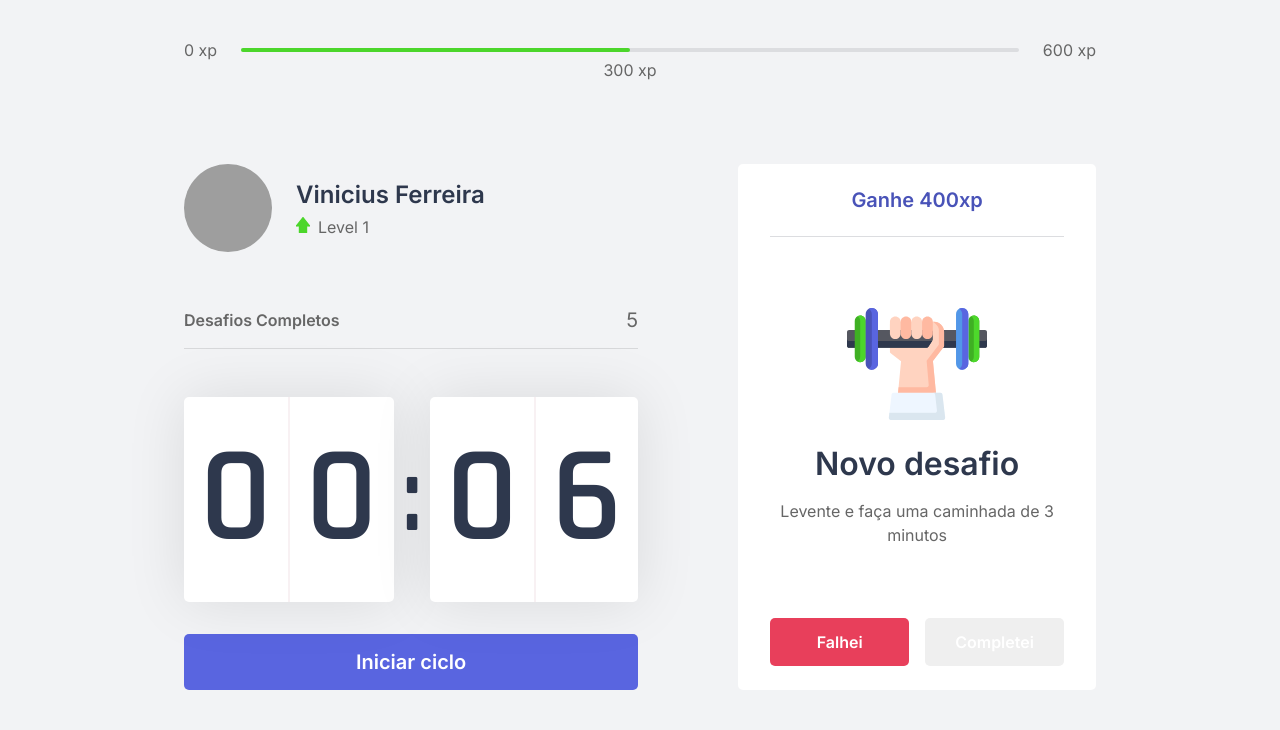
Repository: viniciusfg05/nlwFocus
Page: /
An editor plug-in stored every save of this project. The page is shown before and after the next save, followed by the edit.
The browser window is 1280 px wide. The pictures show the whole page.
Pictures or frames that could not be fetched are drawn as grey boxes. The project was rebuilt for these pictures with package versions that can differ from the ones it lists, and the page was loaded fresh each time. The framework's server and built-in components were replaced by stand-ins that run in the browser.

Above is the page before, as saved 2022-02-28 14:06:33.

### src/pages/_app.tsx
import '../styles/global.css'

import { AppProps } from 'next/app'

function MyApp({ Component, pageProps }: AppProps) {
  return <Component {...pageProps} />
}

export default MyApp

### src/pages/_document.tsx
import Document, { Html, Head, Main, NextScript} from 'next/document'

export default class Mydocument extends Document {
    render() {
        return(
            <Html>
                <Head>
                    <link rel='shortcut icon' href='favicon.png' type='image/png' />

                    <link rel="preconnect" href="https://fonts.gstatic.com" />
                    <link href="https://fonts.googleapis.com/css2?family=Inter:wght@400;500;600&family=Rajdhani:wght@600&display=swap" rel="stylesheet" />
                </Head>
                <body>
                    <Main />
                    <NextScript />
                </body>
            </Html>
        )
    }
}

### src/pages/index.tsx
import { CompleteChallenges } from "../components/CompleteChallenges";
import { CountDown } from "../components/CountDown";
import { ExperienceBar } from "../components/ExperinceBar";
import { Profile } from "../components/Profile";
import { ChallegesBox } from "../components/ChallegesBox";

import styles from "../styles/pages/Home.module.css"

import Head from 'next/head'

export default function Home() {
  return (
    <div className={styles.container}>
      <Head>
        <title>Inicio | Focus</title>
      </Head>

      <ExperienceBar />

      <section>
        <div>
          <Profile />
          <CompleteChallenges />
          <CountDown />
        </div>
        <div>
          <ChallegesBox />
        </div>
      </section>

    </div>
  )
}

### src/styles/global.css
*{
    margin: 0;
    padding: 0;
    box-sizing: border-box;
}

:root{
    --white: #fff;
    --background: #f2f3f5;
    --gray-line: #DCDDE0;
    --text: #666666;
    --text-highligth: #B3B9FF;
    --title: #2E384D;
    --red: #E83F5B;
    --green: #4CD62B;
    --blue: #5965E0;
    --blue-dark: #4953B8;
    --blue-twitter: #2AA9E0;
}

@media(max-white: 1080px) {
    html{
        font-size: 93.75%;
    }
}

@media(max-white: 750px) {
    html{
        font-size: 87.5%;
    }
}

body{
    background-color: var(--background);
    color: var(--text);

}

body, input, textarea, button {
    font: 400 1rem 'inter', sans-serif;
}

button{
    cursor: pointer;
}

a{
    color: inherit; /* para erdar a color do container */
    text-decoration: none;
}

### src/components/CompleteChallenges.tsx
import styles from '../styles/components/CompleteChallenges.module.css'


export function CompleteChallenges() {
    return(
        <div className={styles.CompleteChallenges}>
            <strong>Desafios Completos</strong>
            <span>5</span>
        </div>
    )
}

### src/components/CountDown.tsx
import { useState, useEffect } from 'react'
import styles from '../styles/components/CountDown.module.css'

let countDownTimeOut: NodeJS.Timeout; //para cancelar o timeOut


export function CountDown() {
    const [ time, setTime ] = useState(0.1 * 60)
    const [ isActive, setIsActive ] = useState(false)// para iniciar com desabilitado o conometro
    const [ timeFineshed, setTimeFineshed] = useState(false)

    const minutos = Math.floor(time / 60);
    const segundos = (time % 60); // '%' resto da divisão

    const [minuteLefts, minuteRight] = String(minutos).padStart(2, '0').split('')
    const [ segundosLefts, segundosRights ] = String(segundos).padStart(2, '0').split('')

    // padStart(2 '0') = para os numero a baixo de 10 ele vai add um '0' no inicio, ex. '05'
    // split('') = ele vai pera a string por exemplo '25' e repartir em dois '2' e '5'. split devolve um array com primeiro e segundo caractere

    function startCoutDown() {
        setIsActive(true);
    }

    function CancelCoutDown() {
        clearTimeout(countDownTimeOut)
        setIsActive(false);
        setTime((0.1 * 60))
    }

    useEffect(() => {
        if (isActive && time > 0) {
            countDownTimeOut = setTimeout(() => {setTime(time - 1);}, 1000)
        } else if (isActive && time === 0) {
            setTimeFineshed(true)
            setIsActive(false);

        }
    }, [isActive, time]);

    // setTimeout(() => {setTime(time - 1);}, 1000) = setTimeout = depois de 1000ms execute uma função; setTime recebe o valor de time -1.ou seja ele mudar para -1 a cada 1s e se add o time no useEffect sempre que o time mudar ele tira mais 1 segundo
    return(
        <div>
            <div className={styles.CountDownContainer}>
            <div>
                <span>{minuteLefts}</span>
                <span>{minuteRight}</span>
            </div>
            <span>:</span>
            <div>
                <span>{segundosLefts}</span>
                <span>{segundosRights}</span>
            </div>
        </div>

        {timeFineshed ? (
            <button
            disabled
            className={`${styles.CountdownButton} ${styles.CountdownButtonFinished}`}
            >
                Cliclo encerrado
            </button>
        ) : (
            <>
                { isActive ? (
                    <button
                    type="button"
                    className={`${styles.CountdownButton} ${styles.CountdownButtonActive} `}
                    onClick={CancelCoutDown}
                    >
                        Abondonar ciclo
                    </button>
                ) : (
                    <button
                        type="button"
                        className={styles.CountdownButton}
                        onClick={startCoutDown}
                     >
                        Iniciar ciclo
                    </button>
                )}
            </>
        )}






        </div>
    )
}

### src/components/ExperinceBar.tsx
import styles from '../styles/components/ExperienceBar.module.css'

export function ExperienceBar() {
    return(
        <header className={styles.experienceBar}>
            <span>0 xp</span>
                <div>
                    <div style={{ width: '50%',}}/>

                    <span className={styles.currentExperience} style={{ left: '50%'}}>300 xp</span>
                </div>
            <span>600 xp</span>
        </header>
    )
}

### src/components/Profile.tsx
import styles from '../styles/components/Profile.module.css'


export function Profile() {
    return(
        <div className={styles.profileContainer} >
            <img src="https://avatars.githubusercontent.com/u/68232658?s=400&u=003f61fe1fe4474daf9c3f5226d596c5f99dd759&v=4" alt="Vinicius Ferreira" />
            <div>
                <strong>Vinicius Ferreira</strong>
                <p>
                    <img src="icons/level.svg" alt="Level" />
                    Level 1
                </p>
            </div>
        </div>
    )
}

### src/components/ChallegesBox.tsx
import styles from '../styles/components/ChallegesBox.module.css'

export function ChallegesBox() {
  const hasActiveChallengen = true

  return (
    <div className={styles.ChallegesBoxContainer}>
      {hasActiveChallengen ? (
        <div className={styles.ChallegesBoxActive}>
          <header>Ganhe 400xp</header>
          <main>
            <img src="icons/body.svg" alt="Ganhe 400xp" />
            <strong>Novo desafio</strong>
            <p>Levente e faça uma caminhada de 3 minutos</p>
          </main>

          <footer>
            <button
            type="button"
            className={styles.ChallegesFailedButton}
            >
              Falhei
            </button>

            <button
            type="button"
            className={styles.ChallegesCompleteButton}
            >
              Completei
            </button>
          </footer>
        </div>


      ) : (
        <div className={styles.ChallegesBoxNotActive}>
        <strong>Finalize um ciclo para receber um desafio</strong>
        <p>
          <img src="icons/level-up.svg" alt="Level up" />
          Avance de level completando os desafios
        </p>
      </div>
      )}
    </div>
  )
}

### src/styles/pages/Home.module.css
.container{
    height: 100;
    max-width: 992px;
    margin: 0 auto;
    padding: 2.5rem;

    display: flex;
    flex-direction: column;

    gap: 6.5rem;
}

.container section {
    flex: 1;

    display: grid;
    grid-template-columns: 1fr 1fr;
    gap: 6.25rem;
    align-content: center;
}

### src/styles/components/CompleteChallenges.module.css
.CompleteChallenges {
    display: flex;
    align-items: center;
    justify-content: space-between;

    margin: 3.5rem 0 0;
    padding-bottom: 1rem;
    border-bottom: 1px solid #d7d8da;
    font-weight: 400;
    /* font: "Inter", sans-serif; ; */
    margin-bottom: 3rem
}


.CompleteChallenges span:first-child{
    font-size: 1.25rem;
}


.CompleteChallenges span:last-child{
    font-size: 1.25rem;
}

### src/styles/components/CountDown.module.css
.CountDownContainer {
  display: flex;
  align-items: center;
  font-family: Rajdhani;
  font-weight: 600;
  color: var(--title);
}

.CountDownContainer > div {
  flex: 1;

  display: flex;
  align-items: center;
  justify-content: space-evenly;

  background-color: var(--white);
  box-shadow: 0 0 60px rgba(0, 0, 0, 0.1);
  border-radius: 5px;
  font-size: 8.5rem;
  text-align: center;
}

.CountDownContainer > div span {
  flex: 1;
}

.CountDownContainer > div span:first-child {
  border-right: 1px solid #f8f1f3;
  padding: 1rem;
}

.CountDownContainer > div span:last-child {
  border-left: 1px solid #f8f1f3;
  padding: 1rem;
}

.CountDownContainer > span {
  font-size: 6.5rem;
  margin: 0 0.5rem;
}

.CountdownButton {
  width: 100%;
  height: 3.5rem;

  margin-top: 2rem;

  display: flex;
  align-items: center;
  justify-content: center;

  border: 0;
  border-radius: 5px;
  background-color: var(--blue);
  color: var(--white);

  font-size: 1.25rem;
  font-weight: 600;
  transition: background-color 0.3s;
}

.CountdownButton:not(:disabled):hover {
  background-color: var(--blue-dark);
}

.CountdownButtonActive {
  background-color: var(--red);
  color: var(--gray-line);

  transition: 0.3s;
}

.CountdownButtonActive:hover {
  background-color: #b83349;
  color: var(--gray-line);
}

.CountdownButtonFinished {
  background-color: var(--green);
  color: var(--title);
  cursor: not-allowed;
}

### src/styles/components/ExperienceBar.module.css
.experienceBar {
    display: flex;
    align-items: center;
}

.experienceBar spam {
    font-size: 1 rem;
}

.experienceBar > div {
    flex: 1;
    height: 4px;
    border-radius: 4px;
    background-color: var(--gray-line);
    margin: 0 1.5rem;
    position: relative;
}

.experienceBar > div > div{
    height: 4px;
    border-radius: 4px;
    background-color: var(--green)
}

span.currentExperience{
    position: absolute;
    top: 12px;
    transform: translateX(-50%)
}

### src/styles/components/Profile.module.css
.profileContainer {
    display: flex;
    align-items: center;
}

.profileContainer > img{
    width: 5.5rem;
    height: 5.5rem;
    border-radius: 50%;
}

.profileContainer div{
    margin-left: 1.5rem;
}

.profileContainer div strong {
    font-size: 1.5rem;
    font-weight: 600;
    color: var(--title);
}

.profileContainer div p {
    font-size: 1rem;
    margin-top: 0.5rem;
}

.profileContainer div p img {
    margin-right: 0.5rem;
}

### src/styles/components/ChallegesBox.module.css
.ChallegesBoxContainer {
  height: 100%;
  background: var(--white);
  border-radius: 5px;
  padding: 1.5rem 2rem;
  display: flex;
  flex-direction: column;
  align-items: center;
  justify-content: center;

  text-align: center;
}

.ChallegesBoxNotActive {
  display: flex;
  flex-direction: column;
  align-items: center;
}

.ChallegesBoxNotActive strong {
  font-size: 1.5rem;
  font-weight: 500;
  line-height: 1.4rem;
}

.ChallegesBoxNotActive p {
  display: flex;
  flex-direction: column;
  align-items: center;
  line-height: 1.4rem;
  max-width: 70%;
  margin-top: 3rem;
}

.ChallegesBoxNotActive p img {
  margin-bottom: 1rem;
}

.ChallegesBoxActive {
  height: 100%;
  display: flex;
  flex-direction: column;
}

.ChallegesBoxActive header {
  color: var(--blue-dark);
  font-weight: 600;
  font-size: 1.25rem;
  padding: 0 2rem 1.5rem;
  border-bottom: 1px solid var(--gray-line);
}

.ChallegesBoxActive main {
  flex: 1;
  display: flex;
  flex-direction: column;
  align-items: center;
  justify-content: center;
}

.ChallegesBoxActive main strong {
  font-size: 2rem;
  font-weight: 600;
  color: var(--title);
  margin: 1.5rem 0 1rem;
}

.ChallegesBoxActive main p {
  line-height: 1.5rem;
}

.ChallegesBoxActive footer {
  display: grid;
  grid-template-columns: 1fr 1fr;
  gap: 1rem;
}

.ChallegesBoxActive footer button {
  height: 3rem;
  align-items: center;
  justify-content: center;

  border: 0;
  border-radius: 5px;

  color: var(--white);

  font-size: 1rem;
  font-weight: 600;
}

.ChallegesBoxActive footer button.ChallegesFailedButton {
  background-color: var(--red);
}

After the next save:
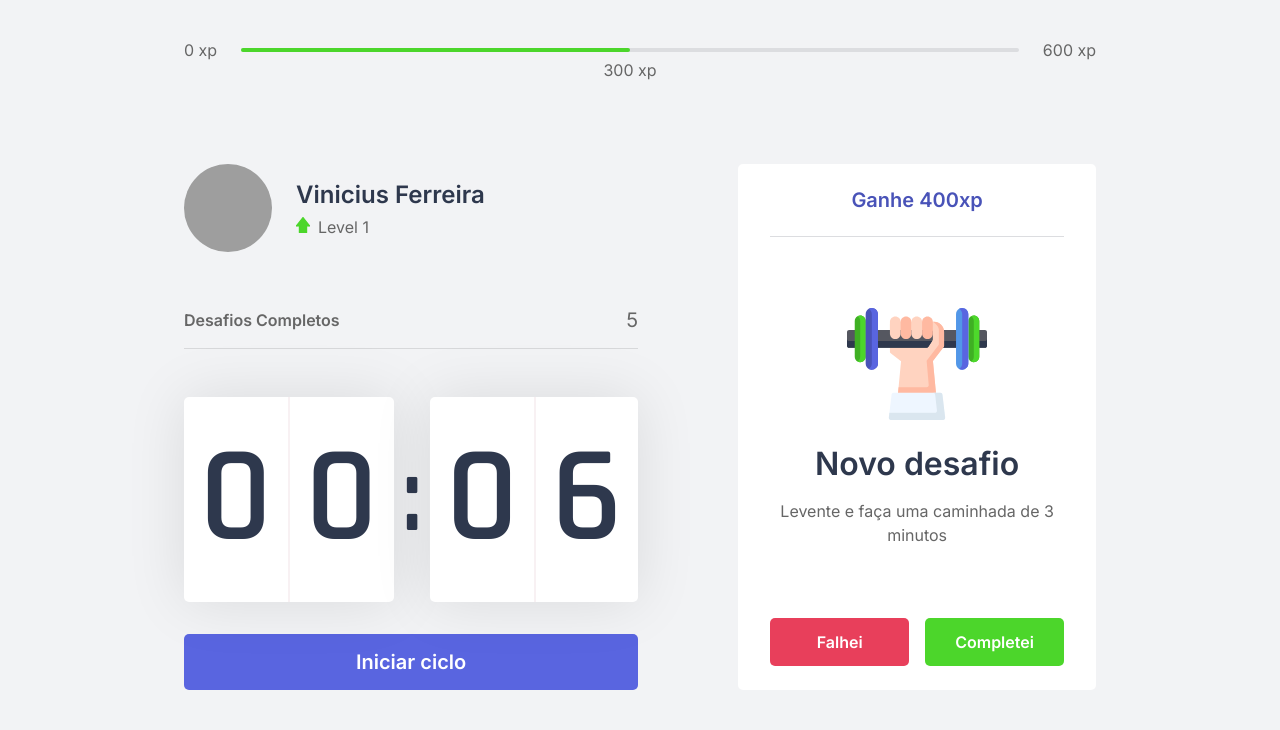
Saved 22 s later.
--- a/src/styles/components/ChallegesBox.module.css
+++ b/src/styles/components/ChallegesBox.module.css
@@ -92,3 +92,7 @@
 .ChallegesBoxActive footer button.ChallegesFailedButton {
   background-color: var(--red);
 }
+
+.ChallegesBoxActive footer button.ChallegesCompleteButton {
+  background-color: var(--green);
+}
